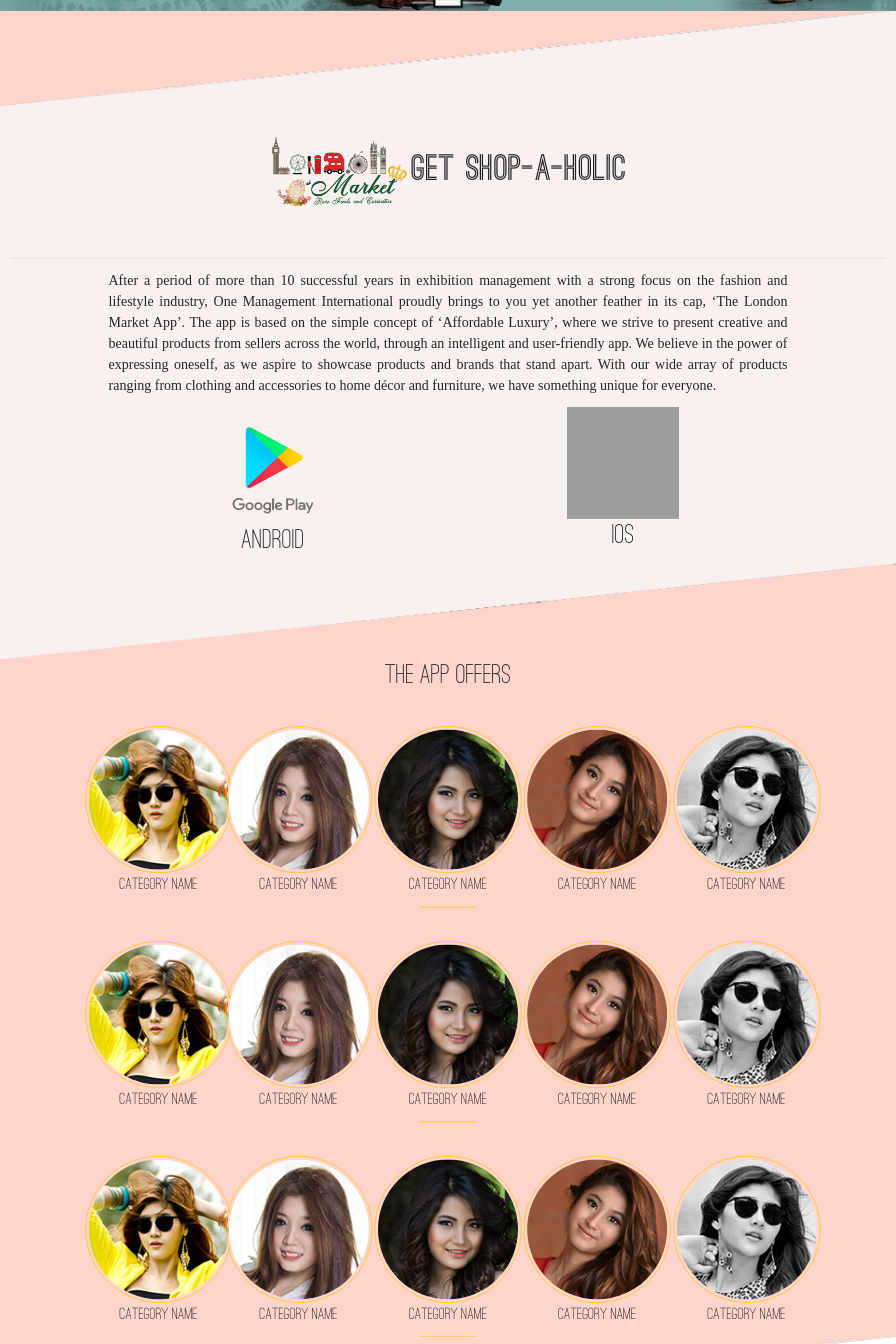
Repository: Demonster1999/newshoperrepo
Page: index.html
These files come from the project's save history. The page is drawn as it stood at one moment and after a run of saves; the edit follows.
The browser window is 1280 px wide. The pictures show the part of the page from y = 555 to 2475 px (the page is 5552 px tall), at 70% of full size.
Pictures or frames that could not be fetched are drawn as grey boxes. Some web libraries are served in a nearby version.

Above is the page before, as saved 2020-07-21 14:23:39.
Console error: TypeError: Cannot read properties of null (reading 'getContext')

### index.html
<!DOCTYPE html>
<head>
	<meta charset="UTF-8">
	<title>London Market</title>
	<meta name="keywords" content="" />
	<meta name="description" content="" />
    <meta name="viewport" content="width=device-width, initial-scale=1.0">
    <!--
    	Roller Template
		http://www.london-market.com/preview/london-market_424_roller
	-->
	<link rel="stylesheet" href="https://fonts.googleapis.com/css2?family=Great+Vibes">
	<link href="http://fonts.googleapis.com/css?family=Open+Sans:300,400,700" rel="stylesheet" type="text/css">
	<!-- <link href="css/font-awesome.min.css" rel="stylesheet">FontAwesome Icons -->
	<link rel="stylesheet" href="https://cdnjs.cloudflare.com/ajax/libs/font-awesome/5.14.0/css/all.min.css"
		integrity="sha512-1PKOgIY59xJ8Co8+NE6FZ+LOAZKjy+KY8iq0G4B3CyeY6wYHN3yt9PW0XpSriVlkMXe40PTKnXrLnZ9+fkDaog=="
		crossorigin="anonymous" />
	<link rel="stylesheet" href="https://maxcdn.bootstrapcdn.com/bootstrap/4.0.0/css/bootstrap.min.css" integrity="sha384-Gn5384xqQ1aoWXA+058RXPxPg6fy4IWvTNh0E263XmFcJlSAwiGgFAW/dAiS6JXm" crossorigin="anonymous">
	<link rel="stylesheet" href="fonts/ostrich-sans.css">
	<link href="css/LondonMarket.css" rel="stylesheet" type="text/css">
	<link rel="stylesheet" href="css/into-to-app.css">
	<link rel="stylesheet" href="css/navbar.css">
	<link rel="stylesheet" href="css/carousel.css">

</head>
<body>
	<nav class="navbar custom-nav sticky-top p-0 m-0 ">
		<a class="navbar-brand mx-auto text-white" style="font-family: Great Vibes; font-size: 40px;" href="#">London Market</a>

	  </nav>

	<nav class="navbar third-nav navbar-expand-lg navbar-light bg-light">
		<div class="container">
			<button class="navbar-toggler navbar-toggler-icon" type="button" data-toggle="collapse" data-target="#navbarSupportedChontent"
			aria-controls="navbarSupportedContent" aria-expanded="false" aria-label="Toggle navigation">
			<span class=""></span>
		</button>


		<div class="collapse navbar-collapse" id="navbarSupportedContent">
			<ul class="navbar-nav  mr-auto text-center">

				<li class="nav-item">
					<a class=" " href="#">Register</a>
				</li>
				<li class="nav-item ">
					<a class="" href="#">login</a>
				</li>


		</div>
		<div class="  mr-auto ">
			<!-- social icons  -->
			<button class="fab fa-facebook-f"></button>
			<button class="fab fa-twitter"></button>
			<button class="fab fa-linkedin-in"></button>
			<button class="fab fa-instagram"></button>
			<button class="fab fa-youtube"></button>
		</div>
		</div>

	</nav>


	<!-- nav with dots  -->
	<nav class="nav">
        <ul>
            <li class="dot1 active" id="ec1" data-toggle="tooltip" data-placement="left" title="Tooltip on left"></li>
            <li class="dot2" id="ec2" data-toggle="tooltip" data-placement="left" title="Tooltip on left"></li>
            <li class="dot3" id="ec3"  data-toggle="tooltip" data-placement="left" title="Tooltip on left"></li>
			<li class="dot4" id="ec4"  data-toggle="tooltip" data-placement="left" title="Tooltip on left"></li>
			<li class="dot5" id="ec5"  data-toggle="tooltip" data-placement="left" title="Tooltip on left"></li>
			<li class="dot5" id="ec5"  data-toggle="tooltip" data-placement="left" title="Tooltip on left"></li>
        </ul>
    </nav>

		<section class="" id="home">
			<div id="demo" class="carousel slide" data-ride="carousel">
				<ul class="carousel-indicators">
					<li data-target="#demo" data-slide-to="0" class="active"></li>
					<li data-target="#demo" data-slide-to="1"></li>
					<li data-target="#demo" data-slide-to="2"></li>
					<!-- <li data-target="#demo" data-slide-to="3"></li> -->
				</ul>
				<div class="carousel-inner">
					<div class="carousel-item active">
						<img src="images/carousel/carousel1.jpg" alt="Los Angeles"   >
						<div class="carousel-caption">
							<h3>Los Angeles</h3>
							<p>We had such a great time in LA!</p>
						</div>
					</div>
					<div class="carousel-item">
						<img src="images/carousel/carousel4.jpg" alt="Chicago"  >
						<div class="carousel-caption">
							<h3>Chicago</h3>
							<p>Thank you, Chicago!</p>
						</div>
					</div>
					<div class="carousel-item">
						<img src="images/carousel/cp11.jpg" alt="Chicago" >
						<div class="carousel-caption">
							<h3>Chicago</h3>
							<p>Thank you, Chicago!</p>
						</div>
					</div>
					<!-- <div class="carousel-item">
						<img src="images/images/lmimages/Adobe_20200716_143015.png" alt="Chicago">
						<div class="carousel-caption">
							<h3>Chicago</h3>
							<p>Thank you, Chicago!</p>
						</div>
					</div> -->
					<!-- <div class="carousel-item">
						<img src="images/carousel/carousel3.jpg" alt="New York" class=" w-100" style="height: 300px; max-height: 500px;">
						<div class="carousel-caption">
							<h3>New York</h3>
							<p>We love the Big Apple!</p>
						</div>
					</div> -->
				</div>
				<a class="carousel-control-prev" href="#demo" data-slide="prev">
					<span class="carousel-control-prev-icon"></span>
				</a>
				<a class="carousel-control-next" href="#demo" data-slide="next">
					<span class="carousel-control-next-icon"></span>
				</a>
			</div>
		</section>

<section class=" intro-to-app container-fluid">
	<img src="images/tm-border-black-top.png" class="w-100 img-top" alt="">
	<div class="container-fluid text-center ">

		<img src="images/images/lmimages/lm.png" class="p-0 m-0" width=200px height="200px" alt="" >
		<h1 class="mx-auto  "> Get Shop-a-holic</h1>

		<hr>


		<div class="container ">
			<p class="lead text-justify">After a period of more than 10 successful years in exhibition management with a strong focus on the fashion and
			lifestyle industry, One Management International proudly brings to you yet another feather in its cap, ‘The London
			Market App’.
			The app is based on the simple concept of ‘Affordable Luxury’, where we strive to present creative and beautiful
			products from sellers across the world, through an intelligent and user-friendly app. We believe in the power of
			expressing oneself, as we aspire to showcase products and brands that stand apart. With our wide array of products
			ranging from clothing and accessories to home décor and furniture, we have something unique for everyone.
</p>
               <div class="row">
<div class="col-md-6 p-2 text-center">
	<a href="https://play.google.com/store/apps/details?id=com.prpwebs.londonmarket" class="h1"> <img src="images/logos/play store.png" class=" " width="160px" height="160px" alt="play">
		<center> Android</center>
	</a>
</div>
<div class="col-md-6 text-center">
	<a href="" class="h1"> <img src="images/logos/hiclipart.com.png" class=" " width="160px" height="160px" alt="app">
		<center>ios</center>
	</a>

</div>
			   </div>

		</div>
	</div>
	<img src="images/tm-border-black-bottom.png" class="w-100 imgbottom" alt="">
</section>


<section class="tm-dark-bg tm-section" id="portfolio">
			<div class="container-fluid">

<h1 style="" class="text-center"> The App Offers  </h1>
<div class="  row text-center mt-5 ">
	<div class="col-md-1"></div>
	<div class="col-md-2 text-center">
		<div class="tm-img-circle-border ">
			<img src="images/testimonials/1.jpg" alt="Testimonial 1" class="img-circle tm-img-testimonial">
			<h4 class=" mt-2 "> category Name </h4>
		</div>
	</div>
	<div class="col-md-2">
		<div class="tm-img-circle-border absolute-center">
			<img src="images/testimonials/2.jpg" alt="Testimonial 2" class="img-circle tm-img-testimonial">
			<h4 class=" mt-2 "> category Name </h4>
		</div>
	</div>
	<div class="col-md-2">
		<div class="tm-img-circle-border absolute-center ">
			<img src="images/testimonials/3.jpg" alt="Testimonial 3" class="img-circle tm-img-testimonial">
			<h4 class=" mt-2 "> category Name </h4>
		</div>

	</div>
	<div class="col-md-2">
		<div class="tm-img-circle-border absolute-center">
			<img src="images/testimonials/4.jpg" alt="Testimonial 4" class="img-circle tm-img-testimonial">
			<h4 class=" mt-2 "> category Name </h4>
		</div>
	</div>
	<div class="col-md-2">
		<div class="tm-img-circle-border absolute-center">
			<img src="images/testimonials/5.jpg" alt="Testimonial 5" class="img-circle tm-img-testimonial">
			<h4 class=" mt-2 "> category Name </h4>
		</div>
	</div>
	<div class="col-md-1"></div>
</div>
<hr class="tm-author-name-underline mt-5">
<div class="  row text-center mt-5 ">
	<div class="col-md-1"></div>
	<div class="col-md-2">
		<div class="tm-img-circle-border ">
			<img src="images/testimonials/1.jpg" alt="Testimonial 1" class="img-circle tm-img-testimonial">
			<h4 class=" mt-2 "> category Name </h4>
		</div>
	</div>
	<div class="col-md-2">
		<div class="tm-img-circle-border absolute-center">
			<img src="images/testimonials/2.jpg" alt="Testimonial 2" class="img-circle tm-img-testimonial">
			<h4 class=" mt-2 "> category Name </h4>
		</div>
	</div>
	<div class="col-md-2">
		<div class="tm-img-circle-border absolute-center ">
			<img src="images/testimonials/3.jpg" alt="Testimonial 3" class="img-circle tm-img-testimonial">
			<h4 class=" mt-2 "> category Name </h4>
		</div>

	</div>
	<div class="col-md-2">
		<div class="tm-img-circle-border absolute-center">
			<img src="images/testimonials/4.jpg" alt="Testimonial 4" class="img-circle tm-img-testimonial">
			<h4 class=" mt-2 "> category Name </h4>
		</div>
	</div>
	<div class="col-md-2">
		<div class="tm-img-circle-border absolute-center">
			<img src="images/testimonials/5.jpg" alt="Testimonial 5" class="img-circle tm-img-testimonial">
			<h4 class=" mt-2 "> category Name </h4>
		</div>
	</div>
</div>
<hr class="tm-author-name-underline mt-5">
<div class="  row text-center mt-5 ">
	<div class="col-md-1"></div>
	<div class="col-md-2">
		<div class="tm-img-circle-border ">
			<img src="images/testimonials/1.jpg" alt="Testimonial 1" class="img-circle tm-img-testimonial">
			<h4 class=" mt-2 "> category Name </h4>
		</div>
	</div>
	<div class="col-md-2">
		<div class="tm-img-circle-border absolute-center">
			<img src="images/testimonials/2.jpg" alt="Testimonial 2" class="img-circle tm-img-testimonial">
			<h4 class=" mt-2 "> category Name </h4>
		</div>
	</div>
	<div class="col-md-2">
		<div class="tm-img-circle-border absolute-center ">
			<img src="images/testimonials/3.jpg" alt="Testimonial 3" class="img-circle tm-img-testimonial">
			<h4 class=" mt-2 "> category Name </h4>
		</div>

	</div>
	<div class="col-md-2">
		<div class="tm-img-circle-border absolute-center">
			<img src="images/testimonials/4.jpg" alt="Testimonial 4" class="img-circle tm-img-testimonial">
			<h4 class=" mt-2 "> category Name </h4>
		</div>
	</div>
	<div class="col-md-2">
		<div class="tm-img-circle-border absolute-center">
			<img src="images/testimonials/5.jpg" alt="Testimonial 5" class="img-circle tm-img-testimonial">
			<h4 class=" mt-2 "> category Name </h4>
		</div>
	</div>
	<div class="col-md-1"></div>
</div>
<hr class="tm-author-name-underline mt-5">

					</div>
		</section> <!-- portfolio -->
		<section class="tm-section bg-white" id="testimonials" >
			<img src="images/tm-border-black-top.png" alt="Border" class="tm-border">

		<section class="london-market-about tm-section mt-5" id="about"  >
			<!-- <img src="images/tm-border-black-top.png" alt="Border" class="tm-border">	 -->
			<div class="container">
				<div class="row">
					<div class="col-lg-3 col-md-3 col-sm-6 col-xs-12">
						<img id="member1" class="hide" src="images/team/1.jpg" alt="Member 1" width="228" height="385">
						<div class="canvas-wrap">
							<div class="canvas-overlay">
								<div class="tm-member-info absolute-center">
									<p class="member-name text-center text-uppercase">Mary</p>
									<p class="member-title text-center text-uppercase">Web designer</p>
									<div class="tm-member-social-info text-center">
										<a href="#" class="fa fa-twitter"></a>
										<a href="#" class="fa fa-facebook"></a>
										<a href="#" class="fa fa-linkedin"></a>
									</div>
								</div>
								<canvas id="member1_canvas_overlay" width="228" height="385"></canvas>
							</div>
							<canvas id="member1_canvas" width="228" height="405"></canvas>
						</div>
					</div>
					<div class="col-lg-3 col-md-3 col-sm-6 col-xs-12">
						<img id="member2" class="hide" src="images/team/2.jpg" alt="Member 2" width="228" height="385">
						<div class="canvas-wrap canvas-lines">
							<div class="canvas-overlay">
								<div class="tm-member-info absolute-center">
									<p class="member-name text-center text-uppercase">Kate</p>
									<p class="member-title text-center text-uppercase">Graphic designer</p>
									<div class="tm-member-social-info text-center">
										<a href="#" class="fa fa-twitter"></a>
										<a href="#" class="fa fa-facebook"></a>
										<a href="#" class="fa fa-linkedin"></a>
									</div>
								</div>
								<canvas id="member2_canvas_overlay" width="228" height="385"></canvas>
							</div>
							<canvas id="member2_canvas" width="228" height="405"></canvas>
						</div>
					</div>
					<div class="col-lg-3 col-md-3 col-sm-6 col-xs-12">
						<img id="member3" class="hide" src="images/team/3.jpg" alt="Member 3" width="228" height="385">
						<div class="canvas-wrap">
							<div class="canvas-overlay">
								<div class="tm-member-info absolute-center">
									<p class="member-name text-center text-uppercase">Jess</p>
									<p class="member-title text-center text-uppercase">Web developer</p>
									<div class="tm-member-social-info text-center">
										<a href="#" class="fa fa-twitter"></a>
										<a href="#" class="fa fa-facebook"></a>
										<a href="#" class="fa fa-linkedin"></a>
									</div>
								</div>
								<canvas id="member3_canvas_overlay" width="228" height="385"></canvas>
							</div>
							<canvas id="member3_canvas" width="228" height="405"></canvas>
						</div>
					</div>
					<div class="col-lg-3 col-md-3 col-sm-6 col-xs-12">
						<div class="tm-about-right">
							<h1 class="tm-about-title text-uppercase">Meet</h1>
							<h2 class="tm-about-subtitle tm-orange-text text-uppercase">Our Team</h2>
							<h3 class="tm-about-subtitle-2 text-uppercase">Consectetur Deostrla</h3>
							<div class="tm-about-description">
								<ul>
									<li>Pellentesque aliquam nisi</li>
									<li>Rondimentum nulla sagittis ura</li>
									<li>Gconsectetur imperdiet</li>
									<li>Dconsect condimentum etur</li>
									<li>Praesent consectur mulla</li>
									<li>Sdui accumsan pharetra</li>
									<li>Dconsect condimentum etur</li>
									<li>Gconsectetur imperdiet</li>
								</ul>
							</div>
							<h3 class="tm-about-subtitle-2">Lorem Ipsums</h3>
						</div>
					</div>
				</div>
			</div>
		</section> <!-- about -->
		<section class="london-market-services tm-section tm-orange-bg-transparent" id="services" >
			<img src="images/tm-border-white-top.png" alt="Border" class="tm-border">
<!-- 			content in between -->

			<img src="images/tm-border-black-bottom.png" alt="Border" class="tm-border">
		</section> <!-- services -->






		<section class="tm-dark-bg tm-section" id="portfolio">

			<div class="container">
					<div class="row">
						<div class="col-lg-12 col-md-12 col-sm-12 col-xs-12 text-center">
							<h1 class="tm-light-gray-text text-center text-uppercase">Portfolio</h1>
							<div class="tm-portfolio-images-container margin-top-50">
								<div class="tm-image-container">
									<div class="tm-portfolio-image-overlay text-center">
										<div class="absolute-center">
											<a href="#" class="fa fa-search"></a>
											<h2 class="text-uppercase tm-white-text">Lorem</h2>
											<p class="text-uppercase">sagittis</p>
										</div>
									</div>
									<img src="images/portfolio/01.jpg" alt="Portfolio 1">
								</div>
								<div class="tm-image-container">
									<div class="tm-portfolio-image-overlay">
										<div class="absolute-center">
											<a href="#" class="fa fa-search"></a>
											<h2 class="text-uppercase tm-white-text">Dimperdiet</h2>
											<p class="text-uppercase">Aliquam</p>
										</div>
									</div>
									<img src="images/portfolio/02.jpg" alt="Portfolio 2">
								</div>
								<div class="tm-image-container">
									<div class="tm-portfolio-image-overlay">
										<div class="absolute-center">
											<a href="#" class="fa fa-search"></a>
											<h2 class="text-uppercase tm-white-text">Pellentesque</h2>
											<p class="text-uppercase">noemer</p>
										</div>
									</div>
									<img src="images/portfolio/03.jpg" alt="Portfolio 3">
								</div>
								<div class="tm-image-container">
									<div class="tm-portfolio-image-overlay">
										<div class="absolute-center">
											<a href="#" class="fa fa-search"></a>
											<h2 class="text-uppercase tm-white-text">Aenean</h2>
											<p class="text-uppercase">pharetra</p>
										</div>
									</div>
									<img src="images/portfolio/04.jpg" alt="Portfolio 4">
								</div>
								<div class="tm-image-container">
									<div class="tm-portfolio-image-overlay">
										<div class="absolute-center">
											<a href="#" class="fa fa-search"></a>
											<h2 class="text-uppercase tm-white-text">condimentum</h2>
											<p class="text-uppercase">libero</p>
										</div>
									</div>
									<img src="images/portfolio/05.jpg" alt="Portfolio 5">
								</div>
								<div class="tm-image-container">
									<div class="tm-portfolio-image-overlay">
										<div class="absolute-center">
											<a href="#" class="fa fa-search"></a>
											<h2 class="text-uppercase tm-white-text">nulla</h2>
											<p class="text-uppercase">consectetur</p>
										</div>
									</div>
									<img src="images/portfolio/06.jpg" alt="Portfolio 6">
								</div>
								<div class="tm-image-container tm-show-hide">
									<div class="tm-portfolio-image-overlay">
										<div class="absolute-center">
											<a href="#" class="fa fa-search"></a>
											<h2 class="text-uppercase tm-white-text">Rondimentum</h2>
											<p class="text-uppercase">Sdui</p>
										</div>
									</div>
									<img src="images/portfolio/07.jpg" alt="Portfolio 7">
								</div>
								<div class="tm-image-container tm-show-hide">
									<div class="tm-portfolio-image-overlay">
										<div class="absolute-center">
											<a href="#" class="fa fa-search"></a>
											<h2 class="text-uppercase tm-white-text">imperdiet</h2>
											<p class="text-uppercase">Raugue</p>
										</div>
									</div>
									<img src="images/portfolio/08.jpg" alt="Portfolio 8">
								</div>
								<div class="tm-image-container tm-show-hide">
									<div class="tm-portfolio-image-overlay">
										<div class="absolute-center">
											<a href="#" class="fa fa-search"></a>
											<h2 class="text-uppercase tm-white-text">blandit</h2>
											<p class="text-uppercase">Aliquam</p>
										</div>
									</div>
									<img src="images/portfolio/09.jpg" alt="Portfolio 9">
								</div>
								<div class="tm-image-container tm-show-hide">
									<div class="tm-portfolio-image-overlay">
										<div class="absolute-center">
											<a href="#" class="fa fa-search"></a>
											<h2 class="text-uppercase tm-white-text">Praesent</h2>
											<p class="text-uppercase">Aliquam</p>
										</div>
									</div>
									<img src="images/portfolio/10.jpg" alt="Portfolio 10">
								</div>
								<div class="tm-image-container tm-show-hide">
									<div class="tm-portfolio-image-overlay">
										<div class="absolute-center">
											<a href="#" class="fa fa-search"></a>
											<h2 class="text-uppercase tm-white-text">Dimperdiet</h2>
											<p class="text-uppercase">Aliquam</p>
										</div>
									</div>
									<img src="images/portfolio/11.jpg" alt="Portfolio 11">
								</div>
								<div class="tm-image-container tm-show-hide">
									<div class="tm-portfolio-image-overlay">
										<div class="absolute-center">
											<a href="#" class="fa fa-search"></a>
											<h2 class="text-uppercase tm-white-text">Dimperdiet</h2>
											<p class="text-uppercase">Aliquam</p>
										</div>
									</div>
									<img src="images/portfolio/12.jpg" alt="Portfolio 12">
								</div>
							</div>
							<a href="javascript:;" class="tm-view-more tm-light-gray-text margin-top-50 text-center text-uppercase">View
								More</a>
						</div>
					</div>
			</div>
		</section> <!-- testimonials -->
		<section class="tm-section tm-orange-bg" id="contact" >
			<img src="images/tm-border-white-top.png" alt="Border" class="tm-border">
			<div class="container">
				<h1 class="text-uppercase text-center">Contact Us</h1>
				<p class="text-center margin-top-50">Phasellus sed rutrum quam. Aenean mollis nec metus quis fringilla. Aliquam interdum risus quis sem rhoncus, vel iaculis lorem pulvinar. Maecenas in lorem non quam bibendum auctor vel lobortis sem.</p>
				<div class="row margin-top-50">
					<div class="col-lg-6 col-md-6 col-sm-6 col-xs-12">
						<div id="map-canvas"></div>
					</div>
					<div class="col-lg-6 col-md-6 col-sm-6 col-xs-12">
						<form action="#" method="post" class="tm-contact-form">
							<div class="form-group">
								<input type="text" id="contact_name" class="form-control" placeholder="NAME..." />
							</div>
							<div class="form-group">
								<input type="text" id="contact_email" class="form-control" placeholder="EMAIL..." />
							</div>
							<div class="form-group">
								<input type="text" id="contact_subject" class="form-control" placeholder="SUBJECT..." />
							</div>
							<div class="form-group">
								<textarea id="contact_message" class="form-control" rows="8" placeholder="WRITE A MESSAGE..."></textarea>
							</div>
							<button type="submit" class="btn text-uppercase tm-dark-bg tm-orange-text tm-send-btn">Send</button>
						</form>
					</div>
				</div>
			</div>
			<img src="images/tm-border-black-bottom.png" alt="Border" class="tm-border">
		</section> <!-- contact -->


	<footer class="text-right tm-dark-bg">
		<p class="text-uppercase container small">Copyright &copy; 2084 <a href="#">Company Name</a></p>
	</footer>
	<script src="js/jquery-1.11.1.min.js" ></script>
	<!-- <script src="https://code.jquery.com/jquery-3.5.1.min.js"
		integrity="sha256-9/aliU8dGd2tb6OSsuzixeV4y/faTqgFtohetphbbj0=" crossorigin="anonymous"></script> -->
		<script src="https://cdnjs.cloudflare.com/ajax/libs/font-awesome/5.14.0/js/all.min.js"
			integrity="sha512-YSdqvJoZr83hj76AIVdOcvLWYMWzy6sJyIMic2aQz5kh2bPTd9dzY3NtdeEAzPp/PhgZqr4aJObB3ym/vsItMg=="
			crossorigin="anonymous"></script>
<script src="https://cdnjs.cloudflare.com/ajax/libs/popper.js/1.12.9/umd/popper.min.js" integrity="sha384-ApNbgh9B+Y1QKtv3Rn7W3mgPxhU9K/ScQsAP7hUibX39j7fakFPskvXusvfa0b4Q" crossorigin="anonymous"></script>
<script src="https://maxcdn.bootstrapcdn.com/bootstrap/4.0.0/js/bootstrap.min.js" integrity="sha384-JZR6Spejh4U02d8jOt6vLEHfe/JQGiRRSQQxSfFWpi1MquVdAyjUar5+76PVCmYl" crossorigin="anonymous"></script>
	<script src="js/LondonMarket.js"></script>
	<script src="js/scrollnav.js"></script>
</body>
</html>

Loaded but not shown: fonts/ostrich-sans.css (common file); js/jquery-1.11.1.min.js (library); js/LondonMarket.js (359 lines, source omitted); js/scrollnav.js (48 lines, source omitted); css/LondonMarket.css (434 lines, source omitted); css/navbar.css (73 lines, source omitted); css/carousel.css (37 lines, source omitted); css/into-to-app.css (35 lines, source omitted)

After the next 3 saves:
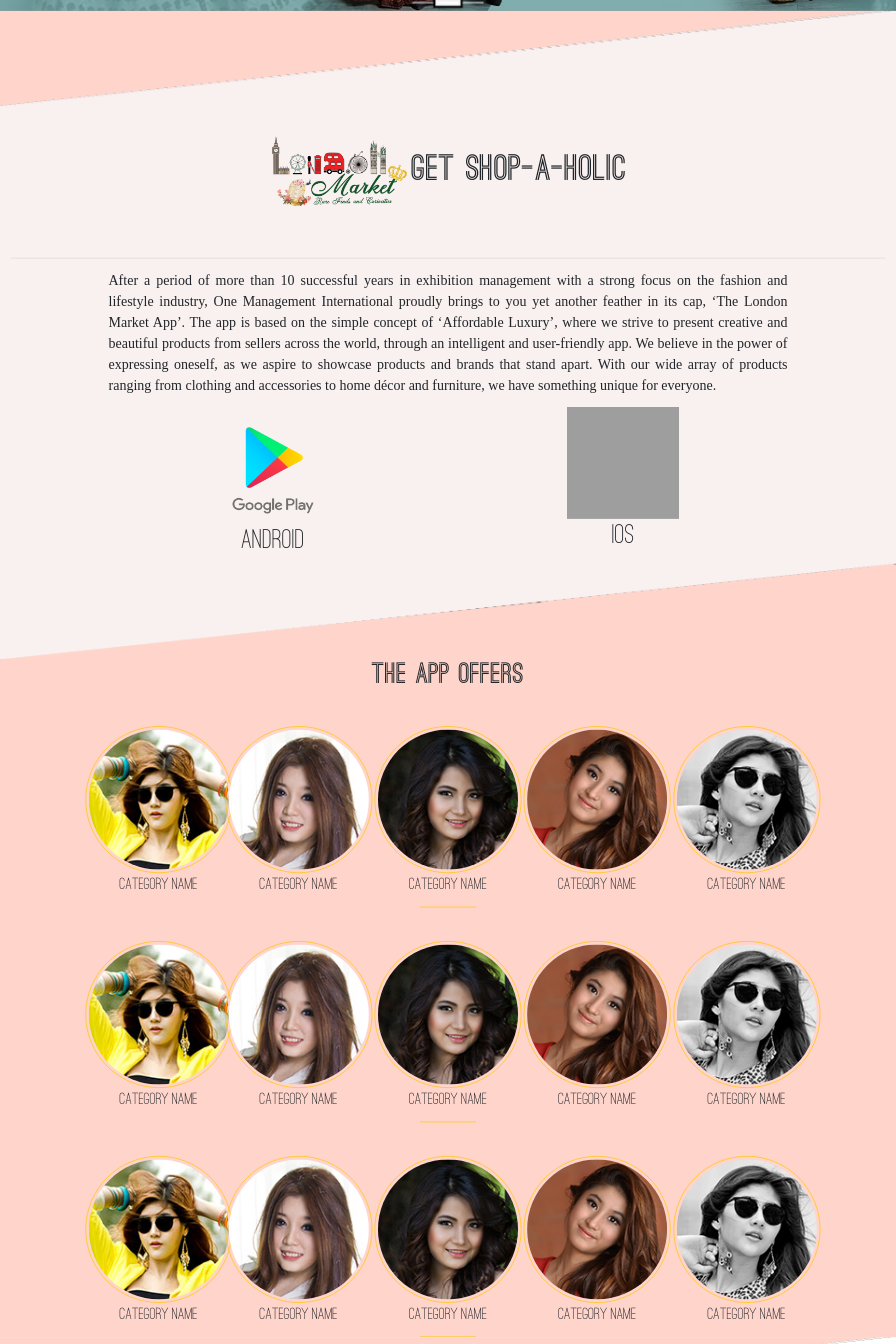
The 3 saves are shown as one change because they came seconds apart.
The last was saved 10 s later.
--- a/index.html
+++ b/index.html
@@ -170,7 +170,7 @@
 <section class="tm-dark-bg tm-section" id="portfolio">
 			<div class="container-fluid">
 
-<h1 style="" class="text-center"> The App Offers  </h1>
+<h1 style="font-weight: bold;" class="text-center"> The App Offers  </h1>
 <div class="  row text-center mt-5 ">
 	<div class="col-md-1"></div>
 	<div class="col-md-2 text-center">
